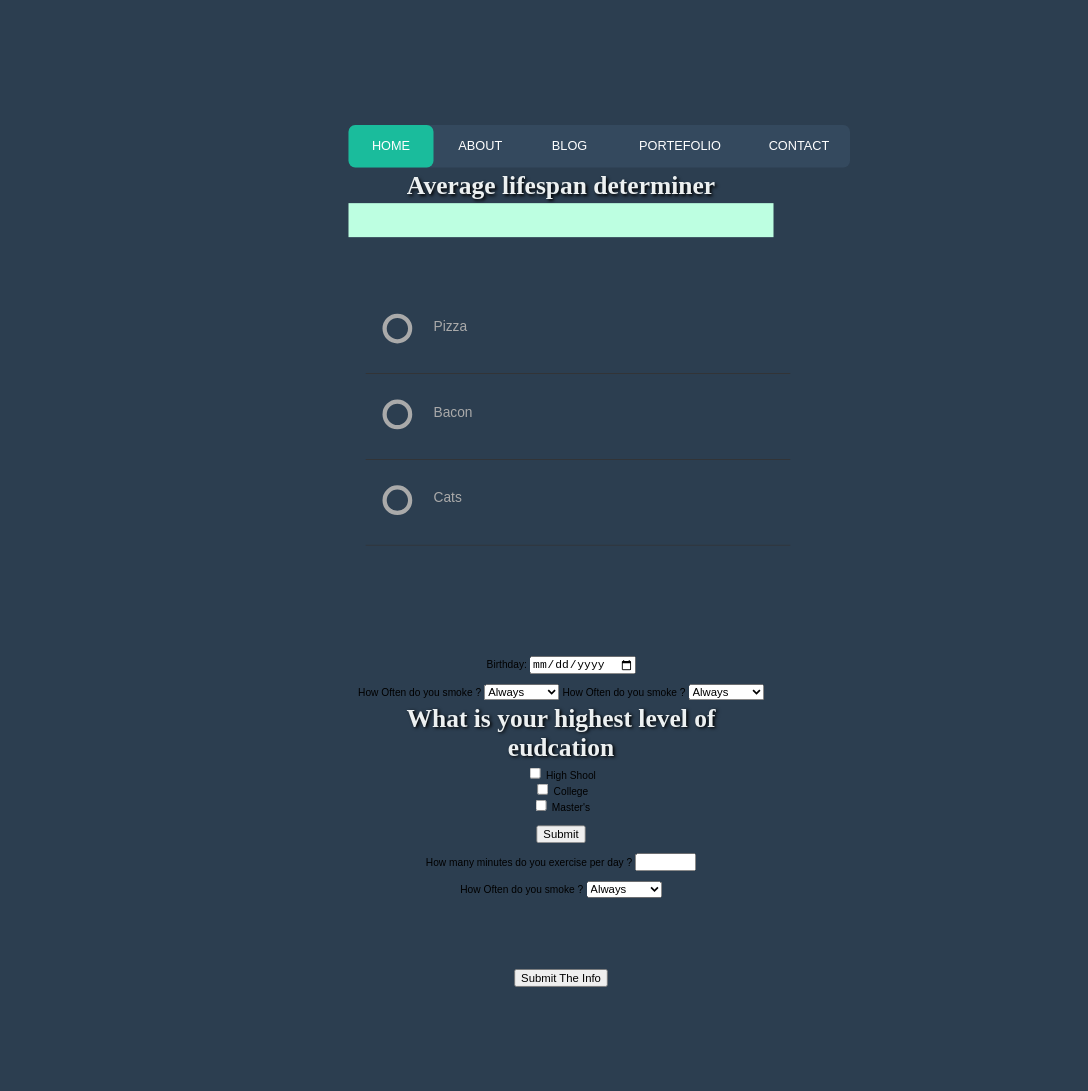
Repository: navid-amini12/capstone-1
Page: wordgame.html
The author's editor kept a copy of each file at every save. The page is drawn from the files as they stood at one save, then again after the next save.
The browser window is 1280 px wide. The pictures show the whole page, at 85% of full size.

Above is the page before, as saved 2022-06-01 11:31:05.

After the next save:
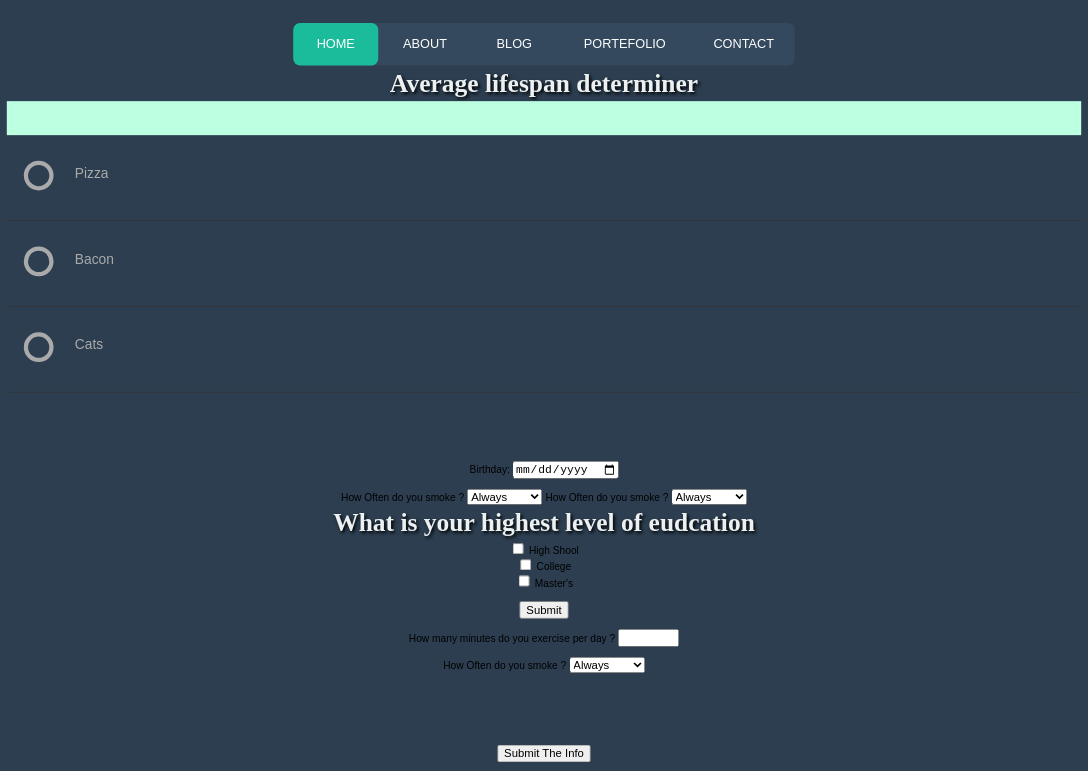
Saved 7 s later.
--- a/Life.css
+++ b/Life.css
@@ -1,17 +1,5 @@
 
 
-.container{
-  display: block;
-  position: relative;
-  margin: 40px auto;
-  height: auto;
-  width: 500px;
-  padding: 20px;
-}
-
-h2 {
-	color: #AAAAAA;
-}
 
 .container ul{
   list-style: none;
